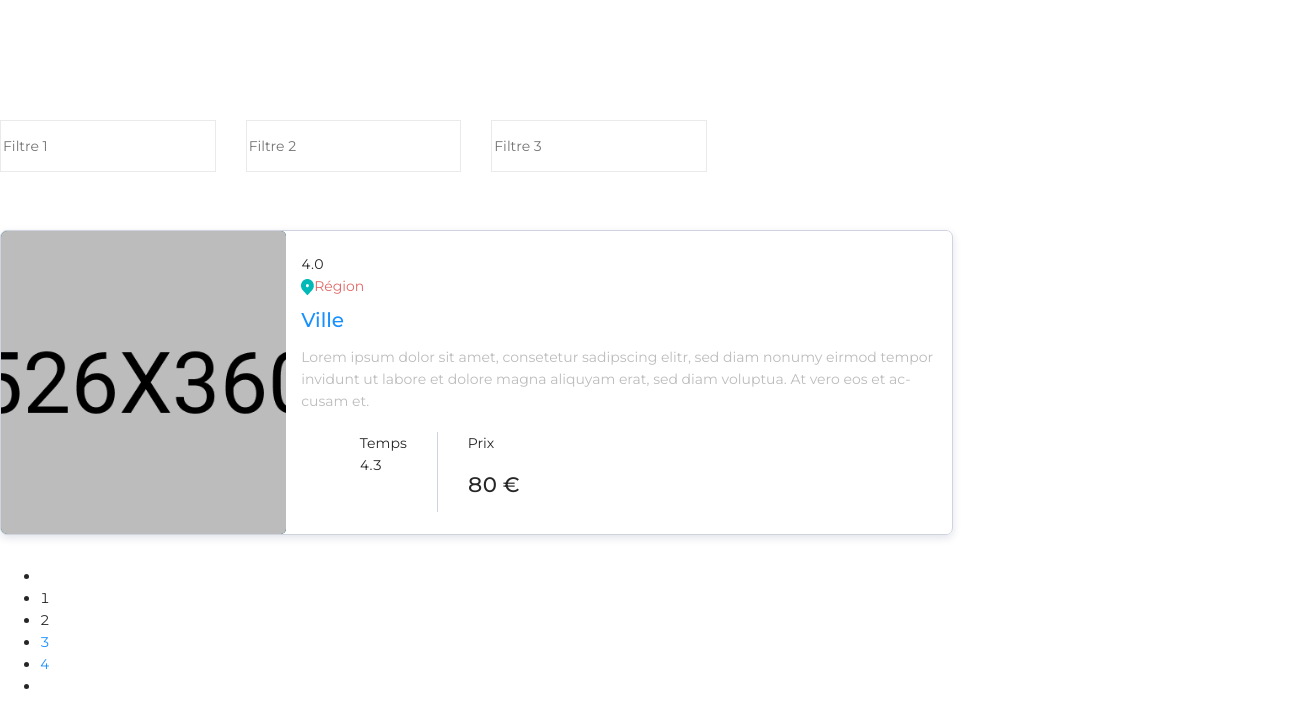
Repository: Emerson1220/projet-neofeel-lacapsule
Page: /roadPlanner (app in reactapp/)
An editor plug-in stored every save of this project. The page is shown before and after the next save, followed by the edit.
The browser window is 1280 px wide. The page is 1295 px wide, so the pictures cover 1295 px, including what lies to the right of the window. The pictures show the whole page.
The project was rebuilt for these pictures with package versions that can differ from the ones it lists, and the page was loaded fresh each time. Also part of the build but not shown: reactapp/src/Nav.js, reactapp/src/ScreenHome.js.

Above is the page before, as saved 2021-05-18 13:37:34.

### reactapp/src/App.js
import './App.css';
import Nav from './Nav'
import {BrowserRouter as Router, Switch, Route} from 'react-router-dom'

import ScreenHome from './ScreenHome';
import ScreenRoadPlanner from './screens/ScreenRoadPlanner';

function App() {
  return (



    // <SearchPage></SearchPage>
      <Router>
        <Switch>
          <Route component={ScreenHome} path="/" exact />
          <Route component={ScreenRoadPlanner} path="/roadPlanner"  />
          {/* <Route component={ScreenConnexion} path="/connexion"  />
          <Route component={ScreenSearch} path="/recherche"  />
          <Route component={ScreenInfo} path="/info"  />
          <Route component={ScreenPartner} path="/partenaire"  />
          <Route component={ScreenRoadPlanner} path="/roadPlanner"  />
          <Route component={ScreenTrips} path="/voyages"  />
          <Route component={ScreenProfil} path="/profil"  />
          <Route component={ScreenBasket} path="/panier"  />
          <Route component={ScreenSuggestion} path="/suggestion"  /> */}
        </Switch>
      </Router>

  );
}

export default App;

### reactapp/src/App.css
@import '~antd/dist/antd.css';
@import url('https://fonts.googleapis.com/css2?family=Montserrat:ital,wght@0,200;0,300;0,400;0,500;0,600;0,700;1,400;1,600&display=swap');

* {
  font-family: 'Montserrat', sans-serif;
}

.App {
  text-align: center;
}

.App-logo {
  height: 40vmin;
  pointer-events: none;
}

@media (prefers-reduced-motion: no-preference) {
  .App-logo {
    animation: App-logo-spin infinite 20s linear;
  }
}

.App-header {
  background-color: #282c34;
  min-height: 100vh;
  display: flex;
  flex-direction: column;
  align-items: center;
  justify-content: center;
  font-size: calc(10px + 2vmin);
  color: white;
}

.App-link {
  color: #61dafb;
}

@keyframes App-logo-spin {
  from {
    transform: rotate(0deg);
  }
  to {
    transform: rotate(360deg);
  }
}
/* CSS NAVBAR _______________________*/



.h1-montserrat {
  width: auto; /* 366px */
  height: auto; /* 58px */
  overflow: visible;
  white-space: pre;
  letter-spacing: 0px;
  line-height: 1.2;
  color: #106271;
  font-weight: 700;
  font-family: "Inter-Bold", "Inter", sans-serif;
  font-size: 48px;
}

.devenezPartenaireButton{

background-color: #e06868;
overflow: visible;
  white-space: pre;
  letter-spacing: 0px;
line-height: 1.2;
  color: #ffffff;
  font-weight: 700;
  font-family: "Inter-Bold", "Inter", sans-serif;
width: 150px;
height: 50px;
left: 971px;
top: 40px;
border-radius: 5px;
}

.listNav{
  color: #106271;
  margin: 0px 0px;
}

### reactapp/src/screens/ScreenRoadPlanner.js
import React from 'react';
import '../App.css';
import { Button } from 'antd';
import { Link } from 'react-router-dom';
import Nav from '../Nav'

function ScreenRoadPlanner() {

    return (	<div style={{ paddingTop:'120px' }}>

                <div style={ styles.container }>

                    <div style={ styles.row }>

                        <div style={ styles.col_xl_9 }>
                            <div style={{ marginBottom:'40px' }}> {/* Filters */}

                                <div style={ styles.row }>
                                    <div style={ styles.col_xl_3 }>
                                        <label style={ styles.single_input_wrap }>
                                            <i style={ styles.icons_la }/>
                                            <input style={ styles.single_input_wrap_input } type="text" placeholder="Filtre 1" />
                                        </label>
                                    </div>

                                    <div style={ styles.col_xl_3 }>
                                        <label style={ styles.single_input_wrap }>
                                            <i style={ styles.icons_la }/>
                                            <input style={ styles.single_input_wrap_input } type="text" placeholder="Filtre 2" />
                                        </label>
                                    </div>

                                    <div style={ styles.col_xl_3 }>
                                        <label style={ styles.single_input_wrap }>
                                            <i style={ styles.icons_la }/>
                                            <input style={ styles.single_input_wrap_input } type="text" placeholder="Filtre 3" />
                                        </label>
                                    </div>
                                </div>
                            </div> {/* End -> ButtonFilters */}

                            <div style={ styles.experiences_list_area }> {/* Container -> Card expérience */}
                                <div style={ styles.single_destinations}> {/* Card expérience */}
                                    <div style={ styles.image_card }>
                                        <img style={ styles.image }src="images/photo-526x360.png" alt="list" />
                                    </div>
                                    <div style={ styles.detail_card }>
                                        <div>
                                            <i style={ styles.icons_fa_1  }/>
                                            <i style={ styles.icons_fa_1 } />
                                            <i style={ styles.icons_fa_1  } />
                                            <i style={ styles.icons_fa_1  } />
                                            <i style={ styles.icons_fa_2  } />
                                            <span>4.0</span>
                                        </div>

                                        <p style={{ color: '#e06868', marginleft: '4px', marginBottom: '8px'}}><img src="images/icone-geo.png" alt="map" />Région</p>
                                        <h4 style={ styles.h4 } ><Link to="/">Ville</Link></h4>
                                        <p style={ styles.card_content } >Lorem ipsum dolor sit amet, consetetur sadipscing elitr, sed diam nonumy eirmod tempor invidunt ut labore et dolore magna aliquyam erat, sed diam voluptua. At vero eos et accusam et.</p>

                                        <div style={ styles.liste_price }>
                                            <ul style={ styles.liste_price_content, styles.liste_price_li }>
                                                <li><i style={ styles.icons_fa }/> Temps</li>
                                                <li><i style={ styles.icons_fa }/> 4.3</li>
                                            </ul>
                                            <div style={ styles.liste_price_item }>
                                                <p>Prix</p>
                                                <h2>80 <span>€</span></h2>
                                            </div>
                                        </div>
                                    </div>
                                </div> {/* End -> Card expérience */}
                            </div> {/* End -> Container -> Card expérience */}


                            <div className="text-md-center text-left"> {/* Pagination */}
                                <div className="tp-pagination text-md-center text-left d-inline-block mt-4">
                                    <ul>
                                        <li><a className="prev page-numbers" href="#"><i className="la la-long-arrow-left" /></a></li>
                                        <li><span className="page-numbers">1</span></li>
                                        <li><span className="page-numbers current">2</span></li>
                                        <li><a className="page-numbers" href="#">3</a></li>
                                        <li><a className="page-numbers" href="#">4</a></li>
                                        <li><a className="next page-numbers" href="#"><i className="la la-long-arrow-right" /></a></li>
                                    </ul>
                                </div>
                            </div>{/* End -> Pagination */}
                        </div>
                    </div>
                </div>
            </div>
    )
};

let styles = {
    container: {
        width: '100%',
        paddingright: '15px',
        paddingleft: '15px',
        marginright: 'auto',
        marginleft: 'auto',
    },

    row:{
        display: 'flex',
        flexWrap: 'wrap',
        marginRight: '-15px',
        marginLeft: '-15px',
    },

    col_xl_9:{
        position: 'relative',
        flex: '0 0 75%',
        maxWidth: '75%',
        width: '100%',
        minHeight: '1px',
        paddingRight: '15px',
        paddingLeft: '15px',
        },

    col_xl_3:{
        position: 'relative',
        flex: '0 0 25%',
        maxWidth: '25%',
        width: '100%',
        minHeight: '1px',
        paddingRight: '15px',
        paddingLeft: '15px',
        },

    single_input_wrap:{
        position: 'relative',
        width: '100%',
        marginBottom: '18px',
        display: 'inline-block',
    },

    single_input_wrap_input:{
        background: '#ffffff',
        border: '1px solid #EAEAEA',
        height: '52px',
        width: '100%',
    },

    icons_la:{
        display: 'inline-block',
        position: 'absolute',
        top: '17px',
        left: '20px',
        color: '#CFD3DE',
        font: 'normal normal normal 16px/1 LineAwesome',
        fontSize: 'inherit',
        textDecoration: 'inherit',
        textRendering: 'optimizeLegibility',
        textTransform: 'none',
    },

    // CARD - CSS //

    experiences_list_area:{
        boxSizing: 'border-box',
        outline: 'none',
    },

    single_destinations:{
        display: 'flex',
        flexWrap: 'wrap',
        margin: '0 0 30px 0',
        border: '1px solid #CFD3DE',
        boxShadow: '0px 3px 9px #071c551f',
        borderRadius: '7px',
        position: 'relative',
        overflow: 'hidden',
    },

    image_card:{
        position: 'relative',
        background: '#106271',
        overflow: 'hidden',
        flex: '0 0 30%',
        backgroundSize: 'cover',
        backgroundRepeat: 'no-repeat',
        backgroundPosition: 'center center',
        minHeight: '200px',
        borderRadius: '5px',
    },

    image:{
        width: '100%',
        height: '100%',
        objectFit: 'cover',
        objectPosition: 'center center',
        borderRadius: '5px',
    },

    detail_card:{
        flex: '0 0 70%',
        padding: '22px 15px',
        background: '#ffffff',
    },

    icons_fa_1:{
        display: 'inline-block',
        font: 'normal normal normal 14px/1 FontAwesome',
        fontSize: 'inherit',
        textRendering: 'auto',
        color: '#f3941e',
    },

    icons_fa_2:{
        display: 'inline-block',
        font: 'normal normal normal 14px/1 FontAwesome',
        fontSize: 'inherit',
        textRendering: 'auto',
        color: '#d4d4d4',
    },

    h4:{
        fontSize: '20px',
        color: '#e06868',
    },

    card_content:{
        marginBottom: '15px',
        color: '#bcbcbc',
        hyphens: 'auto',
    },

    liste_price:{
        marginTop: '20px',
        display: 'flex',
        boxSizing: 'border-box',
        outline: 'none',
    },

    liste_price_li:{
        margin: '0 10px',
        fontSize: '14px',
        listStyle: 'none',
        display: 'inline-block',
    },


    liste_price_content:{
        float: 'left',
        marginTop: '20px',
        margin: '0',
        padding: '0',
        display: 'inline-block',
    },

    icons_fa:{
        display: 'inline-block',
        font: 'normal normal normal 14px/1 FontAwesome',
        fontSize: 'inherit',
        textRendering: 'auto',
        color: '#01B9B7',
        marginRight: '5px',
    },

    liste_price_item:{
        paddingLeft: '30px',
        marginLeft: '20px',
        borderLeft: '1px solid #CFD3DE',
        paddingTop: '0',
    },



    }













export default ScreenRoadPlanner;

Loaded but not shown: reactapp/public/index.html (common file); reactapp/src/index.js (common file); reactapp/src/index.css (common file); reactapp/src/reportWebVitals.js (common file)

After the next save:
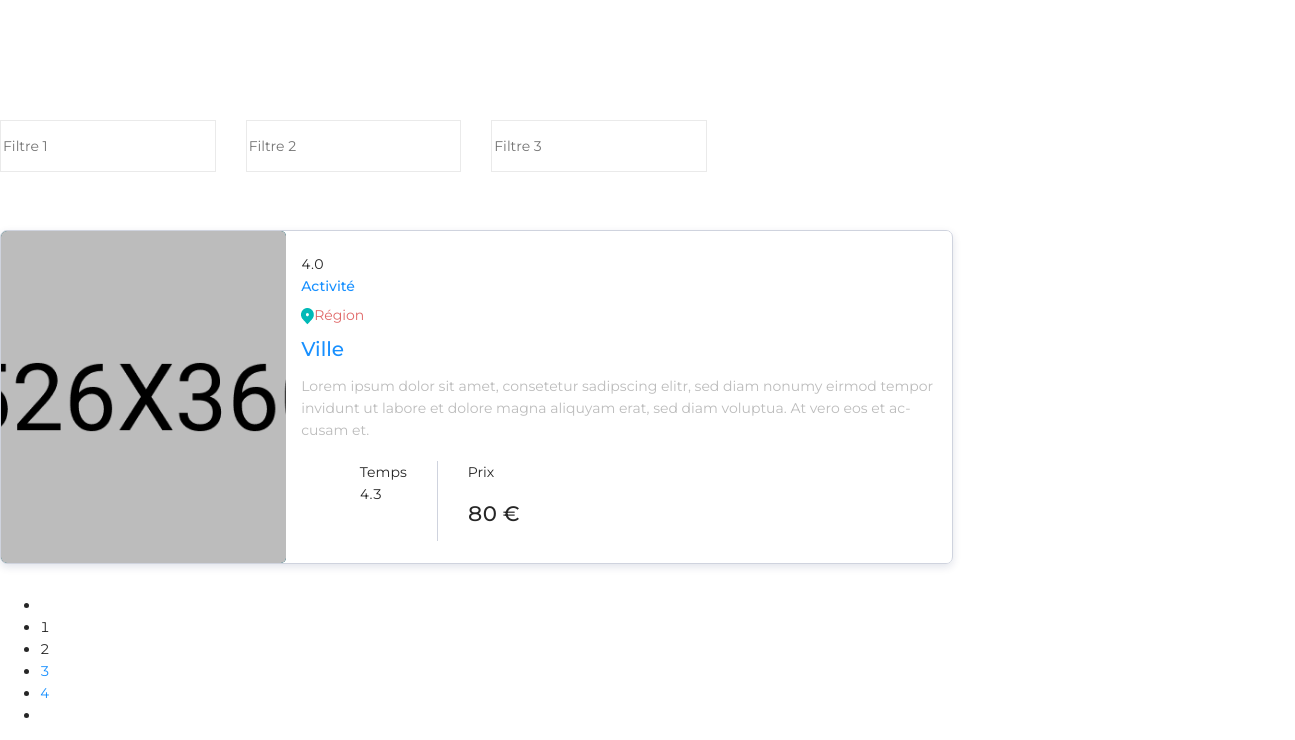
Saved 118 s later.
--- a/reactapp/src/screens/ScreenRoadPlanner.js
+++ b/reactapp/src/screens/ScreenRoadPlanner.js
@@ -54,6 +54,7 @@ function ScreenRoadPlanner() {
                                             <span>4.0</span>
                                         </div>
 
+                                        <h4 style={ styles.h3 } ><Link to="/">Activité</Link></h4>
                                         <p style={{ color: '#e06868', marginleft: '4px', marginBottom: '8px'}}><img src="images/icone-geo.png" alt="map" />Région</p>
                                         <h4 style={ styles.h4 } ><Link to="/">Ville</Link></h4>
                                         <p style={ styles.card_content } >Lorem ipsum dolor sit amet, consetetur sadipscing elitr, sed diam nonumy eirmod tempor invidunt ut labore et dolore magna aliquyam erat, sed diam voluptua. At vero eos et accusam et.</p>
